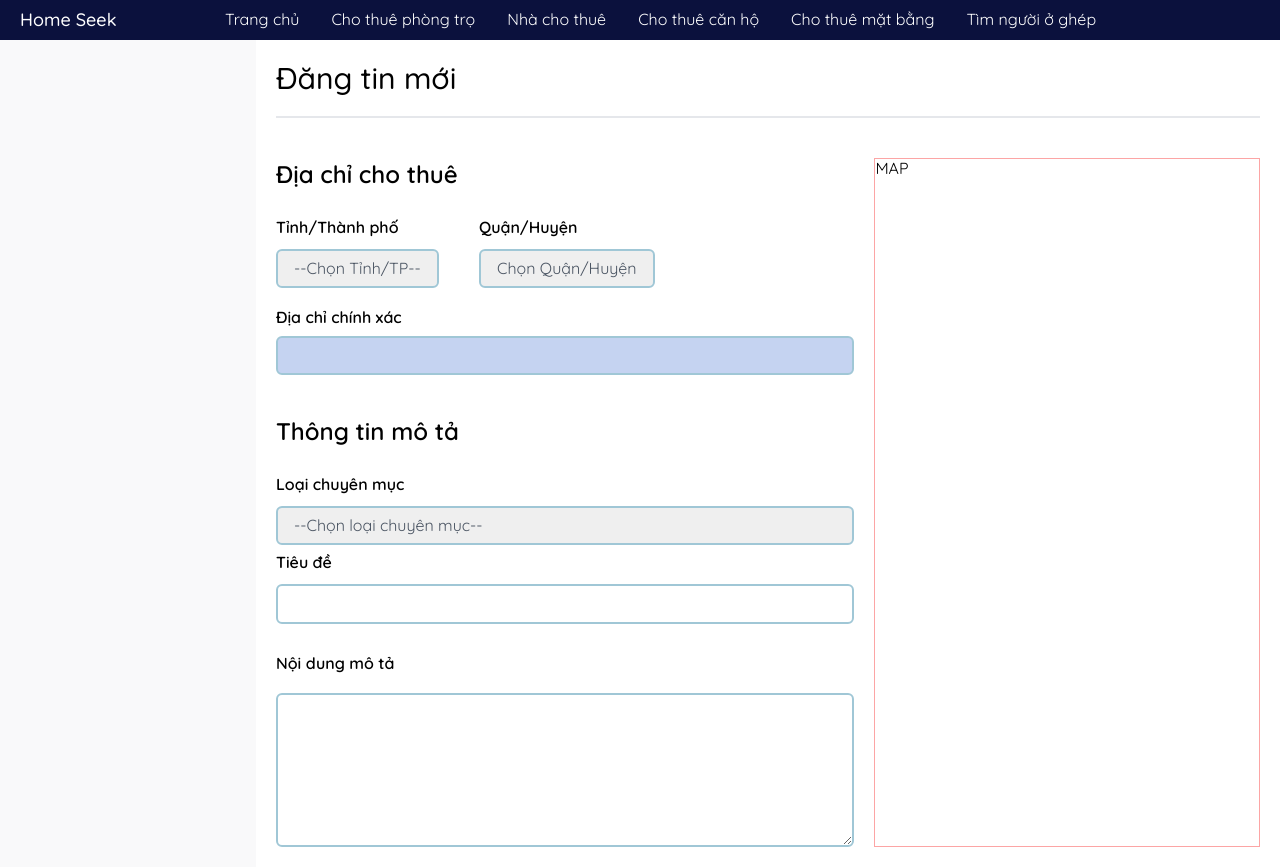
Repository: ajincome26/homeseek
Page: /create (app in client/)
The author's editor kept a copy of each file at every save. The page is drawn from the files as they stood at one save, then again after the next save.
The browser window is 1280 px wide. The pictures show the whole page.
The page's requests for data from a server got no answer. The project was rebuilt for these pictures with package versions that can differ from the ones it lists, and the page was loaded fresh each time. Some packages were replaced by stand-ins written for this rebuild. No one was signed in, and anything a server would have sent is missing. Also part of the build but not shown: client/vite.config.ts, client/src/components/Footer/Footer.tsx, client/src/components/Button/Button.tsx, client/src/components/Button/index.ts, client/src/utils/utils.tsx, client/src/components/MainHeader/components/User.tsx, client/src/components/Popover/Popover.tsx, client/src/components/Popover/index.ts and 16 more.

Above is the page before, as saved 2024-01-10 05:21:49.

### client/index.html
<!doctype html>
<html lang="en">
  <head>
    <meta charset="UTF-8" />
    <link rel="icon" type="image/svg+xml" href="/vite.svg" />
    <meta name="viewport" content="width=device-width, initial-scale=1.0" />
    <title>Home Seek</title>
    <link rel="preconnect" href="https://fonts.googleapis.com" />
    <link rel="preconnect" href="https://fonts.gstatic.com" crossorigin />
    <link
      href="https://fonts.googleapis.com/css2?family=Quicksand:wght@300;400;500;600;700&display=swap"
      rel="stylesheet"
    />
  </head>
  <body>
    <div id="root"></div>
    <script type="module" src="/src/main.tsx"></script>
  </body>
</html>

### client/src/main.tsx
import ReactDOM from 'react-dom/client'
import App from './App'
import './styles/index.scss'
import { BrowserRouter } from 'react-router-dom'
import { QueryClient, QueryClientProvider } from '@tanstack/react-query'
import { ReactQueryDevtools } from '@tanstack/react-query-devtools'
import { AuthProvider } from './contexts/auth.context'
import { ErrorBoundary } from './components/ErrorBoundary'

// Create a client
const queryClient = new QueryClient({
  defaultOptions: {
    queries: {
      refetchOnWindowFocus: false // disable việc fetch lại api khi focus tab window
    }
  }
})

ReactDOM.createRoot(document.getElementById('root')!).render(
  <BrowserRouter>
    <QueryClientProvider client={queryClient}>
      <AuthProvider>
        <ErrorBoundary>
          <App />
        </ErrorBoundary>
      </AuthProvider>
      <ReactQueryDevtools initialIsOpen={false} />
    </QueryClientProvider>
  </BrowserRouter>
)

### client/src/App.tsx
import { useEffect } from 'react'
import { useAuth } from './contexts/auth.context'
import useRoute from './useRoute'
import { LocalStorageEventTarget } from './utils/auth'
import { ToastContainer } from 'react-toastify'
import 'react-toastify/dist/ReactToastify.css'

function App() {
  const routeElements = useRoute()
  const { resetAuth } = useAuth()
  useEffect(() => {
    LocalStorageEventTarget.addEventListener('clearLS', () => {
      resetAuth()
    })
    return () => {
      LocalStorageEventTarget.removeEventListener('clearLS', () => {
        resetAuth()
      })
    }
  }, [resetAuth])
  return (
    <div className='bg-third'>
      <ToastContainer />
      <div>{routeElements}</div>
    </div>
  )
}

export default App

### client/src/styles/index.scss
@tailwind base;
@tailwind components;
@tailwind utilities;

@import 'reset';

body {
  font-family: 'Quicksand', sans-serif;
  font-size: 16px;
  line-height: 1.2;
}

select {
  -webkit-appearance: none;
  -moz-appearance: none;
  appearance: none;
}

::-webkit-scrollbar {
  width: 10px;
}
::-webkit-scrollbar-track {
  background-color: #fafafa;
}
::-webkit-scrollbar-thumb {
  background-color: #ccd0d7;
  border-radius: 50px;
}

/* Chrome, Safari, Edge, Opera */
input::-webkit-outer-spin-button,
input::-webkit-inner-spin-button {
  -webkit-appearance: none;
  margin: 0;
}
/* Firefox */
input[type='number'] {
  appearance: textfield;
}

.cr-truncate-1 {
  overflow: hidden;
  display: -webkit-box;
  -webkit-box-orient: vertical;
  -webkit-line-clamp: 1;
  text-overflow: ellipsis;
  word-break: break-word;
}

// class tailwind-sort
.cr-transition {
  @apply transition-all ease-linear duration-200;
}
.cr-hover-text {
  @apply hover:text-[#977616] transition-colors ease-linear duration-200 cursor-pointer;
}
.cr-input-text {
  @apply px-3 py-2 border-[2px] border-[#a0c7d6] outline-none rounded-md focus:border-[#4b5fc2] cr-transition box-border w-full;
}

### client/src/contexts/auth.context.tsx
import React, { createContext, useContext, useState } from 'react'
import { User } from '~/types/user.type'
import { getAccessToken, getUserInfoFromStorage } from '~/utils/auth'

interface AuthProviderType {
  isLoggedIn: boolean
  setIsLoggedIn: React.Dispatch<React.SetStateAction<boolean>>
  userInfo: User | null
  setUserInfo: React.Dispatch<React.SetStateAction<User | null>>
  resetAuth: () => void
}
const initialContext: AuthProviderType = {
  isLoggedIn: Boolean(getAccessToken()),
  setIsLoggedIn: () => null,
  userInfo: getUserInfoFromStorage(),
  setUserInfo: () => null,
  resetAuth: () => null
}

const AuthContext = createContext<AuthProviderType>(initialContext)
const useAuth = () => {
  const context = useContext(AuthContext)
  if (typeof context === 'undefined') throw new Error('useAuth must be used within a AuthContext')
  return context
}
const AuthProvider = ({ children }: { children: React.ReactNode }) => {
  const [isLoggedIn, setIsLoggedIn] = useState(initialContext.isLoggedIn)
  const [userInfo, setUserInfo] = useState(initialContext.userInfo)
  const resetAuth = () => {
    setIsLoggedIn(false)
    setUserInfo(null)
  }
  return (
    <AuthContext.Provider value={{ isLoggedIn, setIsLoggedIn, userInfo, setUserInfo, resetAuth }}>
      {children}
    </AuthContext.Provider>
  )
}

// eslint-disable-next-line react-refresh/only-export-components
export { useAuth, AuthProvider }

### client/src/components/ErrorBoundary/index.ts
export { default as ErrorBoundary } from './ErrorBoundary'

### client/src/useRoute.tsx
import { useRoutes } from 'react-router-dom'
import { path } from './constants/path'
import { MainLayout } from './layouts/MainLayout'
import ManageLayout from './layouts/ManageLayout/ManageLayout'
import { CreatePost } from './pages/CreatePostPage'
import { HomePage } from './pages/HomePage'
import { LoginPage } from './pages/LoginPage'
import { RegisterPage } from './pages/RegisterPage'

const { HOME, LOGIN, REGISTER, OAUTH, CREATE } = path

const useRoute = () => {
  return useRoutes([
    {
      path: LOGIN,
      element: <LoginPage />
    },
    {
      path: REGISTER,
      element: <RegisterPage />
    },
    {
      path: OAUTH,
      element: <LoginPage />
    },
    {
      path: OAUTH,
      element: <RegisterPage />
    },
    // Authen không ảnh hưởng
    {
      element: <ManageLayout />,
      children: [
        {
          index: true,
          path: CREATE,
          element: <CreatePost />
        }
      ]
    },
    {
      element: <MainLayout />,
      children: [
        {
          index: true,
          path: HOME,
          element: <HomePage />
        }
      ]
    }
  ])
}

export default useRoute

### client/src/utils/auth.ts
import { User } from '~/types/user.type'

export const LocalStorageEventTarget = new EventTarget()

export const getAccessToken = () => localStorage.getItem('accessToken') || ''
export const getRefreshToken = () => localStorage.getItem('refreshToken') || ''
export const setAccessToken = (accessToken: string) => localStorage.setItem('accessToken', accessToken)
export const setRefreshToken = (refreshToken: string) => localStorage.setItem('refreshToken', refreshToken)
export const getUserInfoFromStorage = () => {
  const info = localStorage.getItem('userInfo')
  return info ? JSON.parse(info) : null
}
export const setUserInfoToStorage = (userInfo: User) => localStorage.setItem('userInfo', JSON.stringify(userInfo))

export const clearLocalStorage = () => {
  localStorage.removeItem('accessToken')
  localStorage.removeItem('refreshToken')
  localStorage.removeItem('userInfo')
  const clearLSEvent = new Event('clearLS')
  LocalStorageEventTarget.dispatchEvent(clearLSEvent)
}

### client/src/styles/_reset.scss
*,
*::before,
*::after {
  box-sizing: border-box;
}
* {
  margin: 0;
  padding: 0;
}

html,
body {
  height: 100%;
}
body {
  line-height: 1.5;
  -webkit-font-smoothing: antialiased;
  -webkit-tap-highlight-color: rgba(0, 0, 0, 0);
}
a {
  text-decoration: none;
  color: inherit;
}
img,
picture,
video,
canvas,
svg {
  display: block;
  // max-width: 100%;
}
input,
button,
textarea,
select {
  font: inherit;
  outline: none;
}
option:checked {
  background-color: #0891b2;
  color: white;
  font-style: italic;
}
p,
h1,
h2,
h3,
h4,
h5,
h6 {
  overflow-wrap: break-word;
}

### client/src/constants/path.ts
export const path = {
  HOME: '/',
  LOGIN: '/login',
  OAUTH: '/login/oauth',
  REGISTER: '/register',
  LOGOUT: '/logout',

  ROOM_FOR_RENT: '/room-for-rent',
  HOUSE_FOR_RENT: '/house-for-rent',
  APARTMENT_FOR_RENT: '/apartment-for-rent',
  GROUND_FOR_RENT: '/ground-for-rent',
  FIND_A_ROOMATE: '/find-a-roomate',

  CREATE: '/create',
  MANAGE: '/manage',
  PROFILE: '/user/profile',
  CHANGE_PASSWORD: '/user/change-password',

  CONTACT: '/contact',

  NOT_FOUND: '*'
}

### client/src/layouts/MainLayout/index.ts
export { default as MainLayout } from './MainLayout'

### client/src/layouts/ManageLayout/ManageLayout.tsx
import { Outlet } from 'react-router-dom'
import { Sidebar } from '~/components/Sidebar'
import { SubHeader } from '~/components/SubHeader'

const ManageLayout = () => {
  return (
    <>
      <SubHeader />
      <div className='pt-[40px] flex'>
        <div className='min-h-[calc(100vh-40px)] basis-1/5'>
          <Sidebar />
        </div>
        <div className='bg-white basis-4/5'>
          <Outlet />
        </div>
      </div>
    </>
  )
}

export default ManageLayout

### client/src/pages/CreatePostPage/index.ts
export { default as CreatePost } from './CreatePost'

### client/src/pages/HomePage/index.ts
export { default as HomePage } from './HomePage'

### client/src/pages/LoginPage/index.ts
export { default as LoginPage } from './LoginPage'

### client/src/pages/RegisterPage/index.ts
export { default as RegisterPage } from './RegisterPage'

### client/src/components/Sidebar/index.ts
export { default as Sidebar } from './Sidebar'

### client/src/components/SubHeader/index.ts
export { default as SubHeader } from './SubHeader'

### client/src/pages/CreatePostPage/CreatePost.tsx
import { yupResolver } from '@hookform/resolvers/yup'
import { useForm } from 'react-hook-form'
import { postSchema, PostSchema } from '~/utils/schema'
import Address from './components/Address'
import Overview from './components/Overview'

export type FormPost = PostSchema

const CreatePost = () => {
  const { handleSubmit } = useForm<FormPost>({
    resolver: yupResolver(postSchema)
  })
  const handleCreatePost = (data: FormPost) => {}
  return (
    <div className='p-5 text-black'>
      <h2 className='w-full pb-5 text-3xl font-medium border-b-2'>Đăng tin mới</h2>
      <div className='flex gap-5 mt-10'>
        <form onSubmit={handleSubmit(handleCreatePost)} className='flex flex-col gap-10 basis-[60%]'>
          <Address />
          <Overview />
        </form>
        <div className='border border-red-300 map basis-[40%]'>MAP</div>
      </div>
    </div>
  )
}

export default CreatePost

### client/src/components/SubHeader/SubHeader.tsx
import { Link } from 'react-router-dom'
import { SubNavigation } from '../SubNavigation'

const SubHeader = () => {
  return (
    <div className='fixed w-full h-[40px] bg-primary text-white flex items-center gap-12 px-5'>
      <Link to={'/'} className='text-lg font-medium cursor-pointer hover:text-sixth cr-transition'>
        Home Seek
      </Link>
      <div className='w-[80%]'>
        <SubNavigation />
      </div>
    </div>
  )
}

export default SubHeader

### client/src/pages/CreatePostPage/components/Overview.tsx
import { yupResolver } from '@hookform/resolvers/yup'
import { useState } from 'react'
import { Field } from '~/components/Field'
import { Input } from '~/components/Input'
import { Select } from '~/components/Select'
import { categories } from '~/constants/data'
import { useForm } from 'react-hook-form'
import { postSchema, PostSchema } from '~/utils/schema'
import { Label } from '~/components/Label'

export type FormCreatePost = PostSchema

const Overview = () => {
  const [category, setCategory] = useState('')
  const {
    register,
    handleSubmit,
    setError,
    formState: { errors }
  } = useForm<FormCreatePost>({
    resolver: yupResolver(postSchema)
  })
  return (
    <div>
      <h1 className='mb-5 text-2xl font-semibold'>Thông tin mô tả</h1>
      <Field>
        <Label textColor='text-black' htmlFor='title'>
          Loại chuyên mục
        </Label>
        <Select
          type='category'
          optionTitle='--Chọn loại chuyên mục--'
          categories={categories as []}
          value={category}
          setValue={setCategory}
        />
      </Field>
      <Field>
        <Label textColor='text-black' htmlFor='title'>
          Tiêu đề
        </Label>
        <Input
          className='focus:border-[#4b5fc2] hover:border-[#a0c7d6] cr-input-text'
          register={register}
          name='title'
          errorMessage={errors.title?.message}
        />
      </Field>
      <Field>
        <Label textColor='text-black' htmlFor='title'>
          Nội dung mô tả
        </Label>
        <textarea
          id='desc'
          className='mt-2 cr-input-text'
          rows={7}
          // value={payload.description}
          // onChange={(e) => setPayload((prev) => ({ ...prev, description: e.target.value }))}
          // onFocus={() => setInvalidFields([])}
        />
      </Field>
    </div>
  )
}

export default Overview

### client/src/components/Field/index.ts
export { default as Field } from './Field'

### client/src/components/Input/index.ts
export { default as Input } from './Input'
export { default as InputPassword } from './InputPassword'
export { default as InputSearch } from './InputSearch'
export { default as InputNumber } from './InputNumber'
export { default as InputFile } from './InputFile'
export { default as InputReadOnly } from './InputReadOnly'

### client/src/components/Label/index.ts
export { default as Label } from './Label'

### client/src/constants/data.tsx
import { path } from './path'
import icons from '~/utils/icons'
import { CategoryType } from '~/types/category.type'

const { BsPencilSquare, MdOutlineLibraryBooks, TbUserCircle, FaUserEdit, TbBrandMessenger } = icons

const {
  ROOM_FOR_RENT,
  HOUSE_FOR_RENT,
  APARTMENT_FOR_RENT,
  GROUND_FOR_RENT,
  FIND_A_ROOMATE,
  CREATE,
  MANAGE,
  PROFILE,
  CONTACT
} = path

export const categories = [
  { id: 1, name: 'Cho thuê phòng trọ', path: ROOM_FOR_RENT },
  { id: 2, name: 'Nhà cho thuê', path: HOUSE_FOR_RENT },
  { id: 3, name: 'Cho thuê căn hộ', path: APARTMENT_FOR_RENT },
  { id: 4, name: 'Cho thuê mặt bằng', path: GROUND_FOR_RENT },
  { id: 5, name: 'Tìm người ở ghép', path: FIND_A_ROOMATE }
] as CategoryType[]

export const dataManage = [
  {
    id: 1,
    text: 'Đăng tin cho thuê',
    path: CREATE,
    icon: <BsPencilSquare />
  },
  {
    id: 2,
    text: 'Quản lý tin đăng',
    path: MANAGE,
    icon: <MdOutlineLibraryBooks />
  },
  {
    id: 3,
    text: 'Thông tin tài khoản',
    path: PROFILE,
    icon: <TbUserCircle />
  }
]

export const dataSidebar = [
  {
    id: 1,
    text: 'Đăng tin cho thuê',
    path: CREATE,
    icon: <BsPencilSquare />
  },
  {
    id: 2,
    text: 'Quản lý tin đăng',
    path: MANAGE,
    icon: <MdOutlineLibraryBooks />
  },
  {
    id: 3,
    text: 'Sửa thông tin cá nhân',
    path: PROFILE,
    icon: <FaUserEdit />
  },
  {
    id: 4,
    text: 'Liên hệ',
    path: CONTACT,
    icon: <TbBrandMessenger />
  }
]

### client/src/components/SubNavigation/index.ts
export { default as SubNavigation } from './SubNavigation'

### client/src/apis/province.api.ts
import { Province } from '~/types/province.type'
import { apiGetPublicProvinces } from '~/utils/utils'

const provinceApi = {
  getProvinces: () => apiGetPublicProvinces.get<Province[]>('/')
}

export default provinceApi

### client/src/components/Select/index.ts
export { default as Select } from './Select'

### client/src/components/Field/Field.tsx
interface Props {
  children: JSX.Element | JSX.Element[]
}

const Field = ({ children }: Props) => {
  return <div className='flex flex-col items-start'>{children}</div>
}

export default Field

### client/src/components/Input/Input.tsx
import { InputHTMLAttributes } from 'react'
import type { FieldValues, FieldPath, UseFormRegister } from 'react-hook-form'

export interface InputProps<TFieldValues extends FieldValues> extends InputHTMLAttributes<HTMLInputElement> {
  name: FieldPath<TFieldValues>
  errorMessage?: string
  register: UseFormRegister<TFieldValues>
}

const Input = <TFieldValues extends FieldValues = FieldValues>({
  className,
  type,
  name,
  children,
  errorMessage,
  register,
  ...props
}: InputProps<TFieldValues>) => {
  return (
    <div className='relative w-full'>
      <input
        id={name}
        type={type || 'text'}
        {...register(name)}
        {...props}
        className={`mb-[6px] border rounded-lg py-3 bg-grayField hover:border-primary focus:border-primary transition w-full focus:bg-white ${
          children ? 'pl-4 pr-10' : 'px-4'
        } ${className}`}
        autoComplete='on'
      />
      <span className='absolute top-1/2 right-3 translate-y-[-110%] cursor-pointer text-grayDark'>{children}</span>
      <div className='text-sm text-red-500 min-h-[1rem] leading-4'>{errorMessage}</div>
    </div>
  )
}

export default Input

### client/src/components/Input/InputReadOnly.tsx
import { InputHTMLAttributes } from 'react'

export interface InputProps extends InputHTMLAttributes<HTMLInputElement> {
  title: string
  data: string
}

const InputReadOnly = ({ title, data }: InputProps) => {
  return (
    <div className='w-full'>
      <label className='font-semibold' htmlFor={title}>
        {title}
      </label>
      <input type='text' id={title} value={data || ''} className='mt-2 cr-input-text bg-[#c5d3f1]' readOnly />
    </div>
  )
}

export default InputReadOnly

### client/src/components/Label/Label.tsx
interface Props {
  htmlFor: string
  children: string
  textColor?: string
}

const Label = ({ htmlFor, children, textColor }: Props) => {
  return (
    <label className={`${textColor || 'text-white'} mt-2 mb-3 font-semibold cursor-pointer`} htmlFor={htmlFor}>
      {children}
    </label>
  )
}

export default Label

### client/src/components/SubNavigation/SubNavigation.tsx
import { NavLink } from 'react-router-dom'
import { categories } from '~/constants/data'

const notActive = 'hover:bg-secondary px-4 h-full flex items-center bg-primary transition-all ease-linear duration-300'
const active = 'hover:bg-secondary px-4 h-full flex items-center bg-secondary'
const SubNavigation = () => {
  return (
    <div className='w-full h-[40px] flex justify-center items-center'>
      <div className='flex items-center h-full'>
        <NavLink to={'/'} className={({ isActive }) => (isActive ? active : notActive)}>
          Trang chủ
        </NavLink>
        {categories?.length > 0 &&
          categories.map((item, index) => {
            return (
              <div key={index} className='h-full'>
                <NavLink to={item.path} className={({ isActive }) => (isActive ? active : notActive)}>
                  {item.name}
                </NavLink>
              </div>
            )
          })}
      </div>
    </div>
  )
}

export default SubNavigation

Loaded but not shown: client/tailwind.config.js (37 lines, source omitted); client/src/utils/schema.ts (64 lines, source omitted); client/src/pages/CreatePostPage/components/Address.tsx (77 lines, source omitted); client/src/components/Select/Select.tsx (49 lines, source omitted); client/src/utils/icons.ts (69 lines, source omitted)

After the next save:
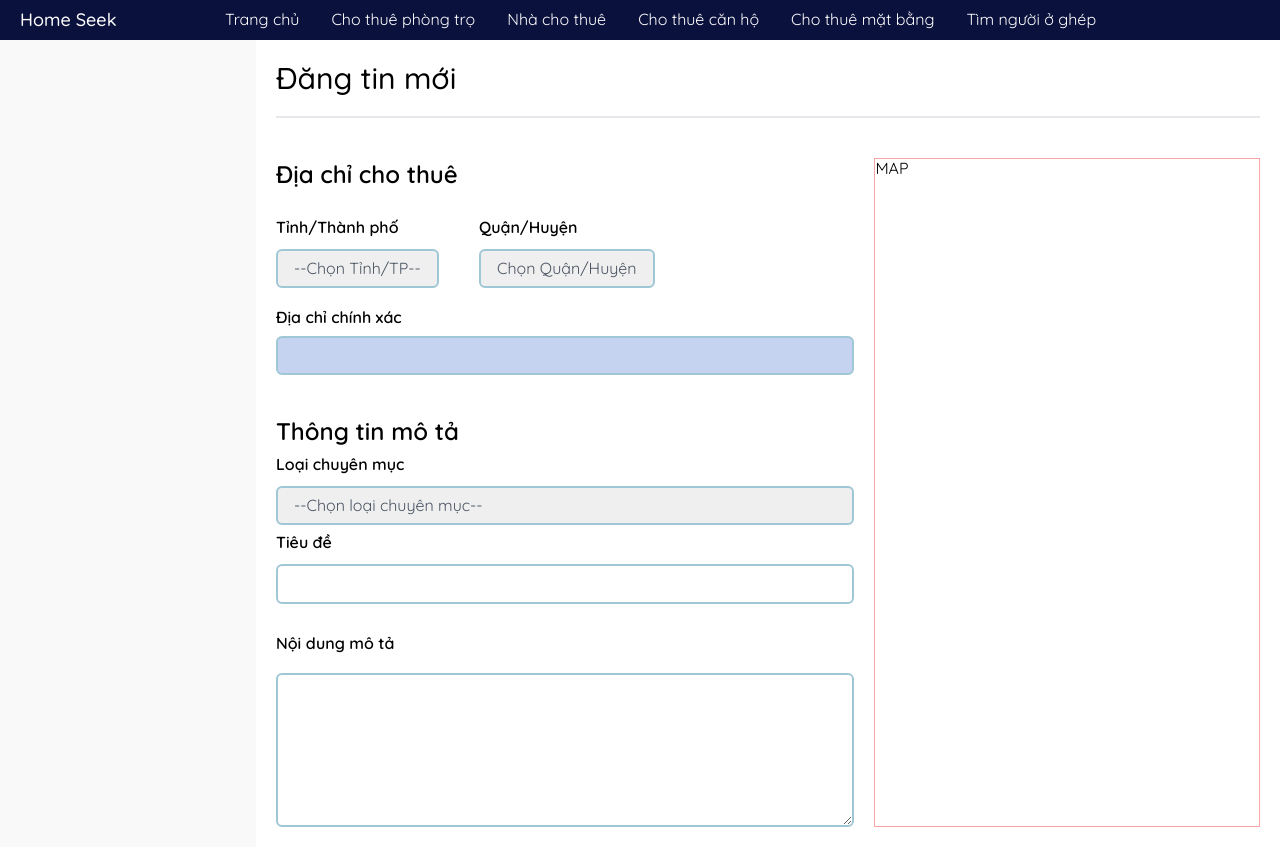
Saved 26 s later.
--- a/client/src/pages/CreatePostPage/components/Overview.tsx
+++ b/client/src/pages/CreatePostPage/components/Overview.tsx
@@ -22,7 +22,7 @@
   })
   return (
     <div>
-      <h1 className='mb-5 text-2xl font-semibold'>Thông tin mô tả</h1>
+      <h1 className='text-2xl font-semibold'>Thông tin mô tả</h1>
       <Field>
         <Label textColor='text-black' htmlFor='title'>
           Loại chuyên mục

After the save that followed:
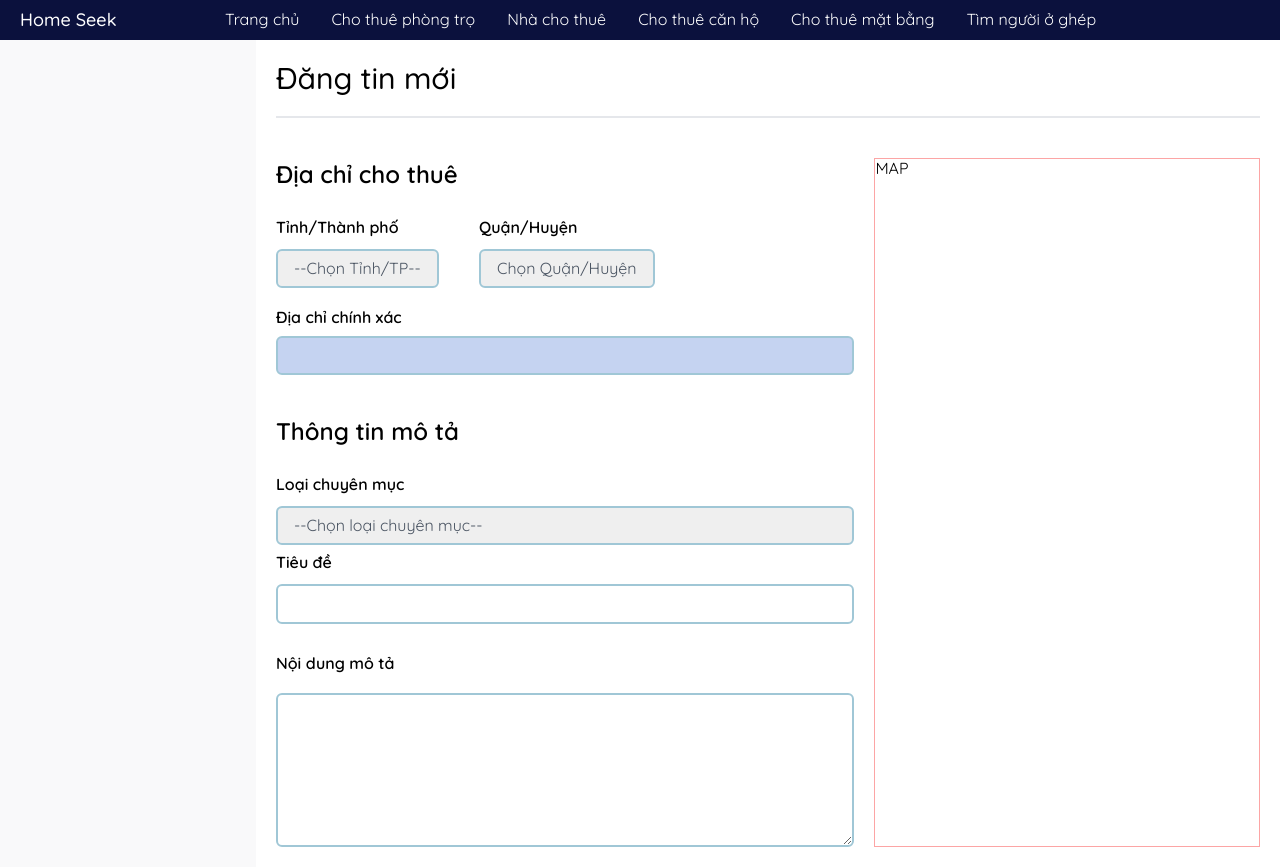
Saved 19 s later.
--- a/client/src/pages/CreatePostPage/components/Overview.tsx
+++ b/client/src/pages/CreatePostPage/components/Overview.tsx
@@ -22,7 +22,7 @@
   })
   return (
     <div>
-      <h1 className='text-2xl font-semibold'>Thông tin mô tả</h1>
+      <h1 className='mb-5 text-2xl font-semibold'>Thông tin mô tả</h1>
       <Field>
         <Label textColor='text-black' htmlFor='title'>
           Loại chuyên mục
